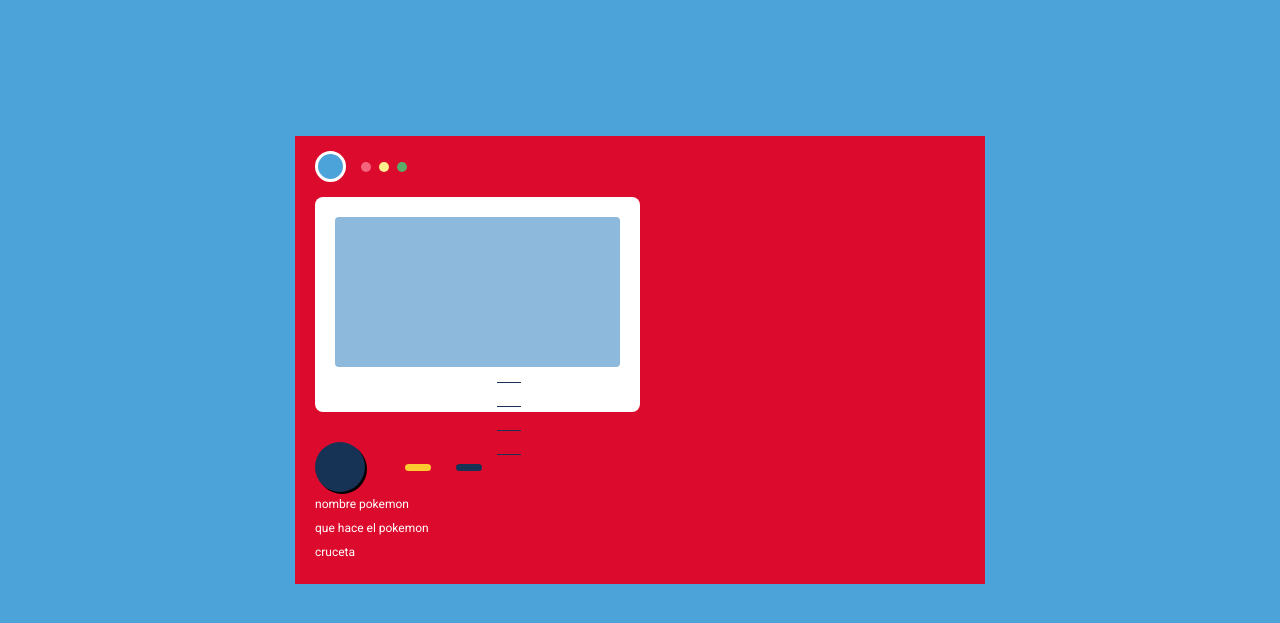
Repository: darkmantiz2/pokedex
Page: index.html
An editor plug-in stored every save of this project. The page is shown before and after the next save, followed by the edit.
The browser window is 1280 px wide. The pictures show the whole page.

Above is the page before, as saved 2022-01-25 14:13:26.

After the next save:
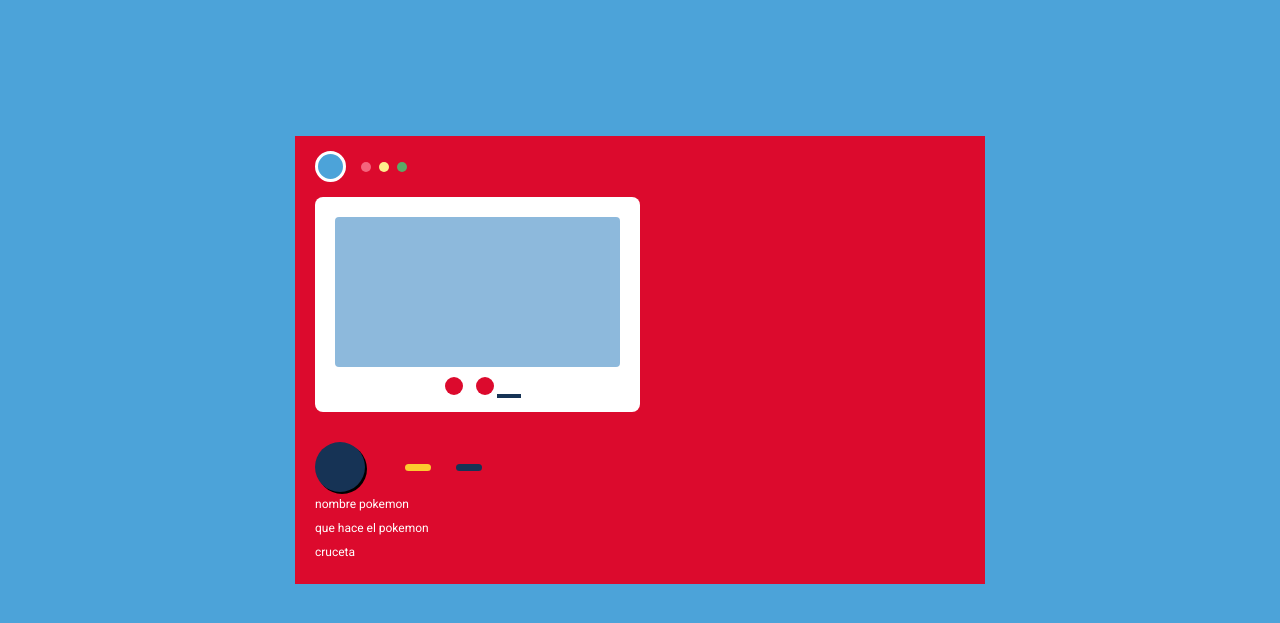
Saved 4 min 21 s later.
--- a/css/index.css
+++ b/css/index.css
@@ -125,7 +125,7 @@
 }
 
 .pokedex-screen-lines{
-  display: inline-block;
+  display: inline-grid;
   width: 1px;
   height: 1px;
   margin: 0;
